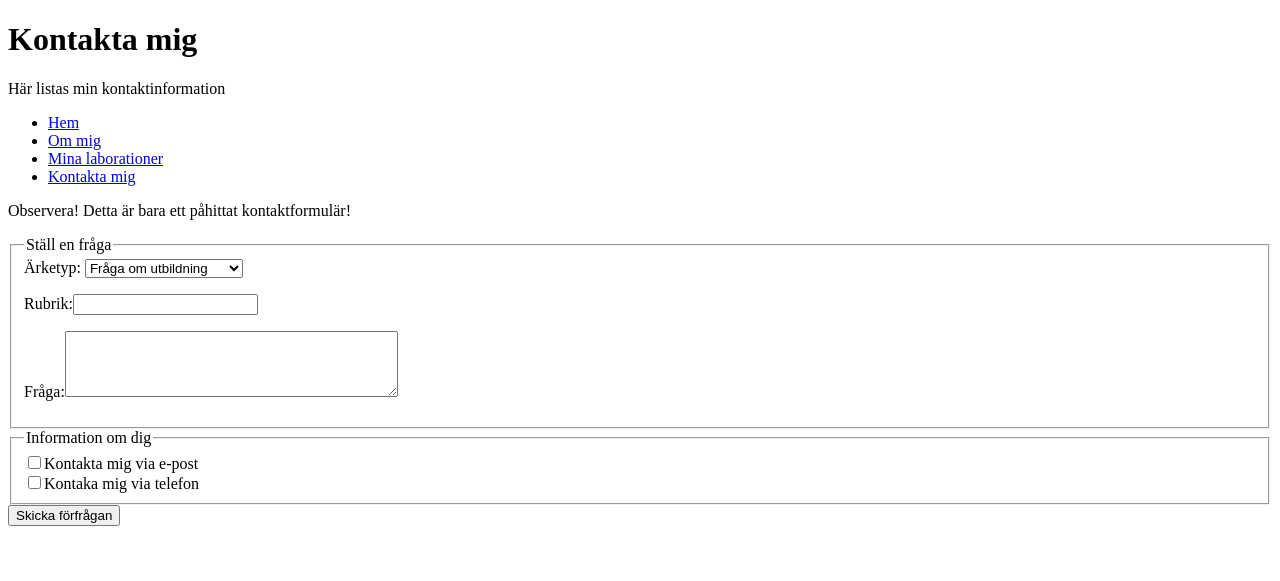
Repository: Holmewi/1ik415-jh222qr-laborationer
Page: pages/kontakt.html
The author's editor kept a record of every edit. The page is drawn from the files as they stood at one moment, then again after the next edit.
The browser window is 1280 px wide. The pictures show the whole page.

Above is the page before.

### pages/kontakt.html
<!DOCTYPE HTML>
<html>
    <head>
        <meta charset="utf-8">
        <title>Kontakta mig - Här listas min kontaktinformation</title>
    </head>
    <body>
        <h1>Kontakta mig</h1>
        <p>Här listas min kontaktinformation</p>

        <div>
            <ul>
                <li><a href="../index.html">Hem</a></li>
                <li><a href="presentation.html">Om mig</a></li>
                <li><a href="laborationer.html">Mina laborationer</a></li>
                <li><a href="kontakt.html">Kontakta mig</a></li>
            </ul>
        </div>

        <p>Observera! Detta är bara ett påhittat kontaktformulär!</p>

        <form id="input" action="http://voyager.lnu.se/tekinet/kurser/dtt/wp_webbintro/form.php" method="post">
            <fieldset>
                <legend>Ställ en fråga</legend>

                Ärketyp:
                <select>
                    <option value="utbildning">Fråga om utbildning</option>
                    <option value="kurs">Fråga om kurs</option>
                    <option value="hyra">Fråga om anställning</option>
                    <option value="webbplatsen">Fråga om webbplatsen</option>
                    <option value="privat">Ställ en privat fråga</option>
                </select>

                <p>Rubrik:<input type="text" id="header"/>

                <p>Fråga:<textarea id="question" rows="4" cols="39"></textarea></p>
            </fieldset>
            <fieldset>
                <legend>Information om dig</legend>
                <input type="checkbox" id="e-post"/>Kontakta mig via e-post<br>
                <input type="checkbox" id="telefon"/>Kontaka mig via telefon<br>
            </fieldset>
            <input type="Submit" value="Skicka förfrågan">
        </form>


    </body>
</html>

After the next edit:
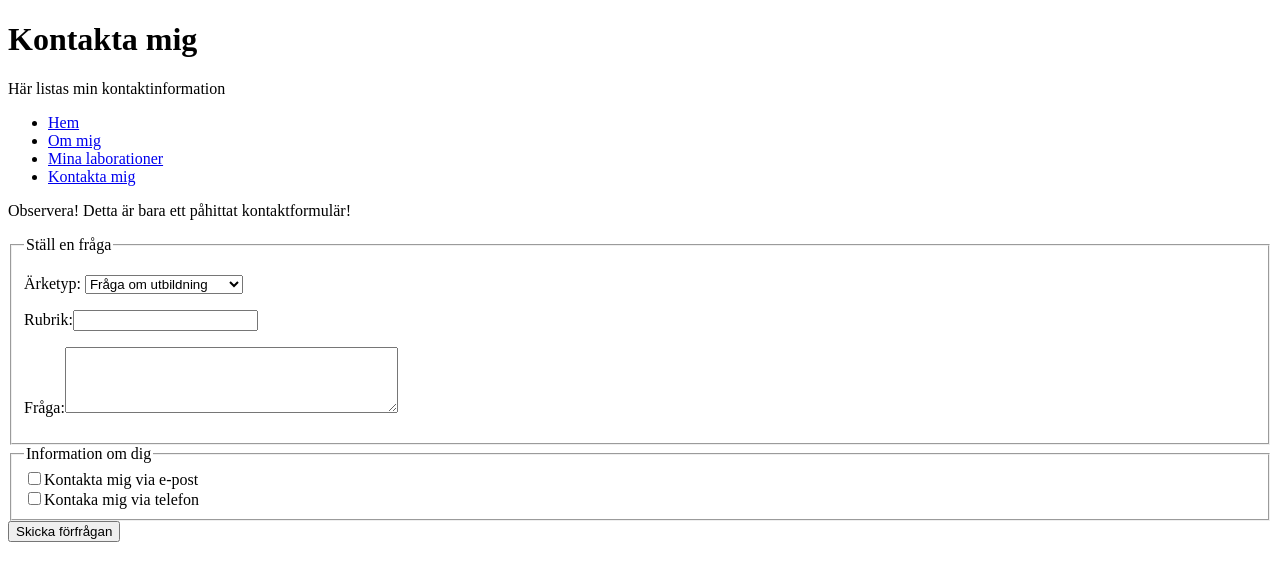
The edit:
--- a/pages/kontakt.html
+++ b/pages/kontakt.html
@@ -23,7 +23,7 @@
             <fieldset>
                 <legend>Ställ en fråga</legend>
 
-                Ärketyp:
+                <p>Ärketyp:
                 <select>
                     <option value="utbildning">Fråga om utbildning</option>
                     <option value="kurs">Fråga om kurs</option>
